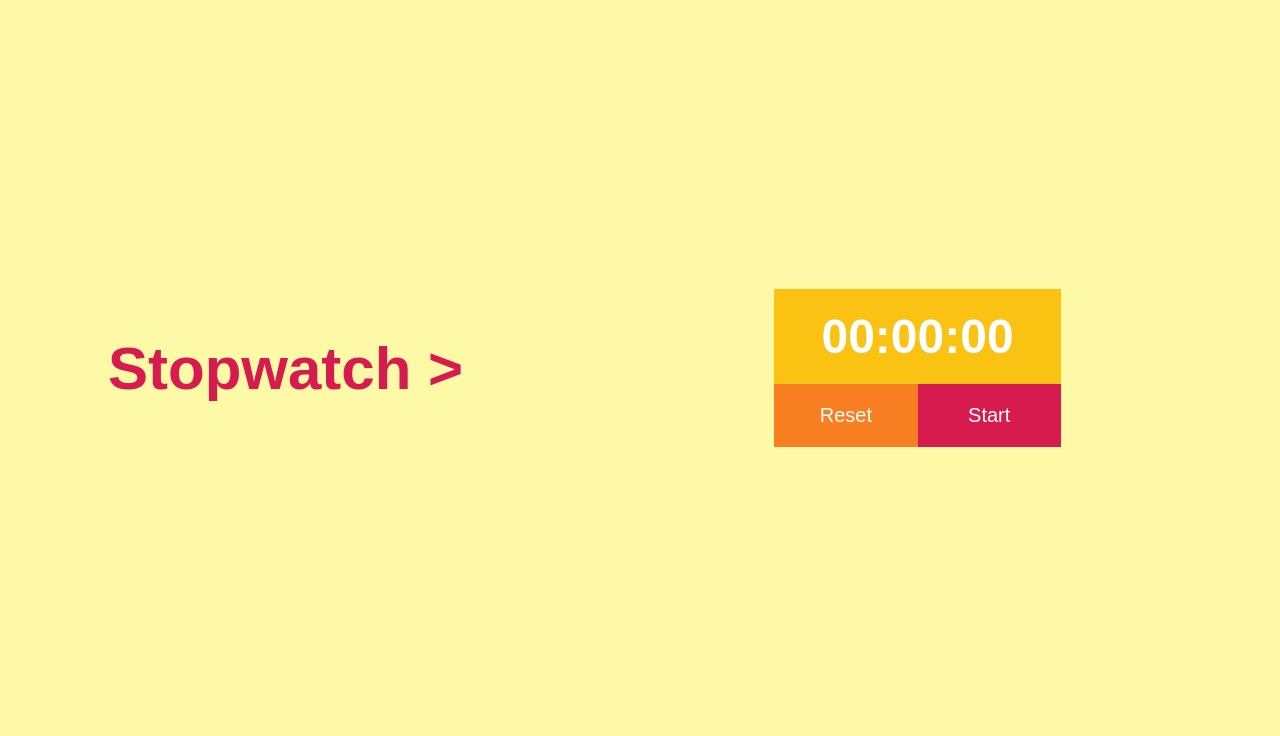
Repository: pilar122/stopwatch
Page: index.html
An editor plug-in stored every save of this project. The page is shown before and after the next save, followed by the edit.
The browser window is 1280 px wide. The pictures show the whole page.

Above is the page before, as saved 2022-06-19 13:05:45.

### index.html
<!DOCTYPE html>
<html>
    <head>
        <title>
            Stopwatch
        </title>
        <link href="stopwatch.css" rel="stylesheet">
        <script src="stopwatch.js"></script>
    </head>

    <div class="header">
        <h1>Stopwatch ></h1>
    </div>

    <body>

        <div id="stopwatch">
            <!--CURRENT TIME-->
            <div id="sw-time">00:00:00</div> <!-- sw is the time display-->

            <!--CONTROLS-->
            <input type="button" value="Reset" id="sw-rst" disabled/> <!--sw-rst is the reset button * and the disabled means that the buttons are at the moment-->
            <input type="button" value="Start" id="sw-go" disabled/> <!--sw-go is the start & stop button-->
        </div>
    </body>
</html>

### stopwatch.css
/* (A) CONTAINER */
#stopwatch {
    display: flex;
    flex-wrap: wrap;
    max-width: 400px;
    margin: 0 auto;
  }

  /* (B) TIME */
  #sw-time {
    width: 100%;
    padding: 20px 0;
    font-size: 48px;
    font-weight: bold;
    text-align: center;
    background: #FAC213;
    color: #fff;
  }

  /* (C) BUTTONS */
  #sw-rst, #sw-go {
    box-sizing: border-box;
    width: 50%;
    cursor: pointer;
    padding: 20px 0;
    border: 0;
    color: #fff;
    font-size: 20px;
  }
  #sw-rst { background-color: #F77E21; }
  #sw-go { background-color: #D61C4E; }

  /* (X) DOES NOT MATTER */
  /* PAGE & BODY */
  body {
    display: flex;
    align-items: center; justify-content: center;
    min-height: 100vh;
    background: #FEF9A7;
    background-repeat: no-repeat;
    background-position: center;
    background-size: cover;
  }
  * { font-family: arial, sans-serif; }

  /* WIDGET */
  .widget-wrap {
    min-width: 450px;
    padding: 30px;
    border-radius: 20px;
    background: rgba(255, 255, 255, 0.4);
  }

  .header {
    padding: 100px;
    text-align: center;
    color: #D61C4E;
    font-size: 30px;
  }

  /* HEADER */
  h1 { text-align: center; }
  #code-boxx {
    width: 100%;
    margin-top: 30px;
    text-align: center;
  }

  /* FOOTER */
  #code-boxx {
    font-weight: 600;
    margin-top: 30px;
  }
  #code-boxx a {
    display: inline-block;
    padding: 5px;
    text-decoration: none;
    background: #d3adad;
    color: #fff;
  }

### stopwatch.js
var sw = {
    // (A) PROPERTIES
    etime : null, // html time display
    erst : null, // html reset button
    ego : null, // html start/stop button
    timer : null, // timer object
    now : 0, // current elapsed time

    // (B) INITIALIZE
    init : () => {
      // (B1) GET HTML ELEMENTS
      sw.etime = document.getElementById("sw-time");
      sw.erst = document.getElementById("sw-rst");
      sw.ego = document.getElementById("sw-go");

      // (B2) ENABLE BUTTON CONTROLS
      sw.erst.onclick = sw.reset;
      sw.ego.onclick = sw.start;
      sw.erst.disabled = false;
      sw.ego.disabled = false;
    },

    // (C) START!
    start : () => {
      sw.timer = setInterval(sw.tick, 1000);
      sw.ego.value = "Stop";
      sw.ego.onclick = sw.stop;
    },

    // (D) STOP
    stop : () => {
      clearInterval(sw.timer);
      sw.timer = null;
      sw.ego.value = "Start";
      sw.ego.onclick = sw.start;
    },

    // (E) TIMER ACTION
    tick : () => {
      // (E1) CALCULATE HOURS, MINS, SECONDS
      sw.now++;
      let hours = 0, mins = 0, secs = 0,
      remain = sw.now;
      hours = Math.floor(remain / 3600);
      remain -= hours * 3600;
      mins = Math.floor(remain / 60);
      remain -= mins * 60;
      secs = remain;

      // (E2) UPDATE THE DISPLAY TIMER
      if (hours<10) { hours = "0" + hours; }
      if (mins<10) { mins = "0" + mins; }
      if (secs<10) { secs = "0" + secs; }
      sw.etime.innerHTML = hours + ":" + mins + ":" + secs;
    },

    // (F) RESET
    reset : () => {
      if (sw.timer != null) { sw.stop(); }
      sw.now = -1;
      sw.tick();
    }
  };
  window.addEventListener("load", sw.init);

After the next save:
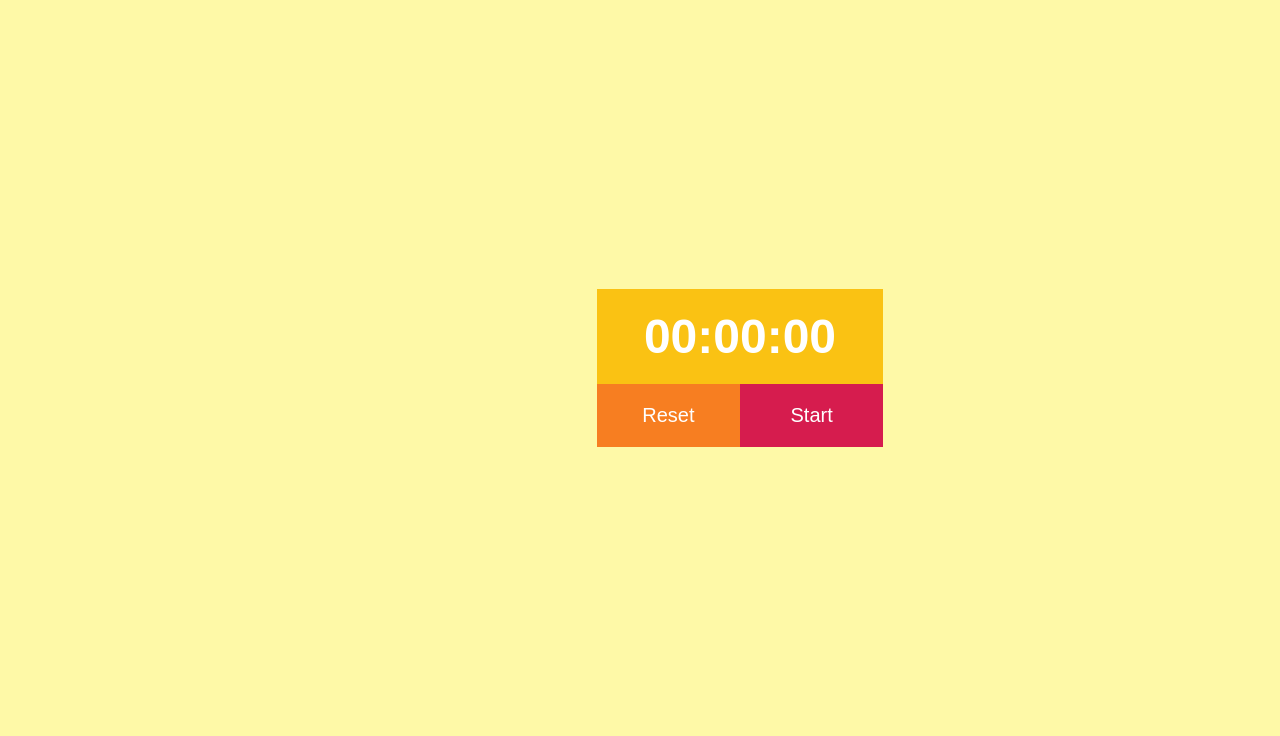
Saved 33 s later.
--- a/index.html
+++ b/index.html
@@ -9,7 +9,7 @@
     </head>
 
     <div class="header">
-        <h1>Stopwatch ></h1>
+        <h1> </Stopwatch> </h1>
     </div>
 
     <body>
